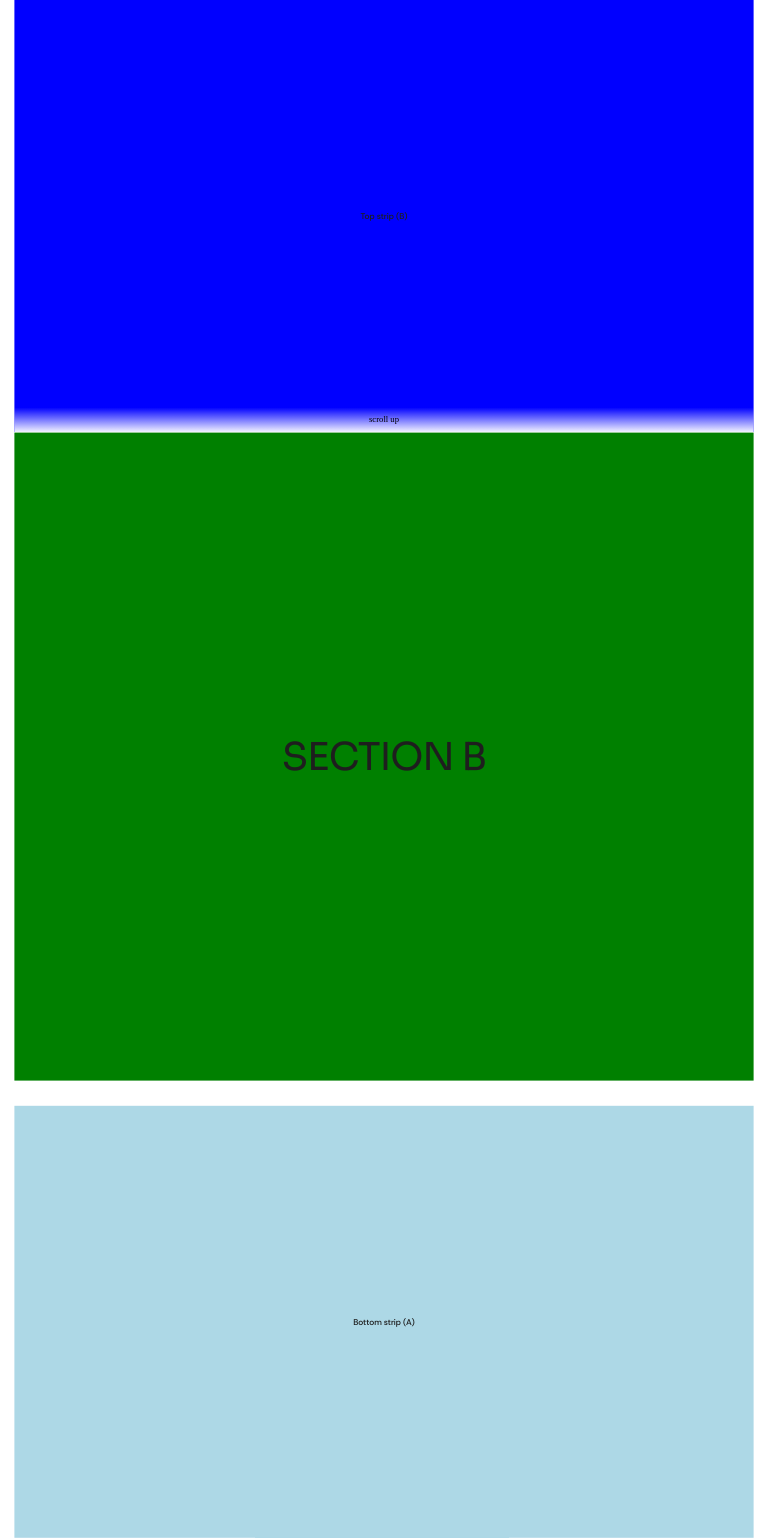
Repository: BwesewB/Offcut
Page: /
These files come from the project's save history. The page is drawn as it stood at one moment and after the next save; the edit follows.
The browser window is 1280 px wide. The pictures show the whole page, at 60% of full size.
The project was rebuilt for these pictures with package versions that can differ from the ones it lists, and the page was loaded fresh each time. The framework's server and built-in components were replaced by stand-ins that run in the browser. Also part of the build but not shown: next.config.mjs, app/styles/page.module.css, app/components/molecules/mediaBlock/MediaBlock.module.css, app/components/molecules/mediaBlock/MediaBlock.jsx, app/components/molecules/twoColumn/TwoColumn.module.css, app/components/molecules/twoColumn/TwoColumn.js, app/components/molecules/gridLayout/GridLayout.module.css, app/components/molecules/gridLayout/GridLayout.js.

Above is the page before, as saved 2025-09-19 22:12:03.

### app/layout.js
import "./styles/globals.css";

export const metadata = {
  title: "Offcut",
  description: "Computer Generated by sebfok",
  icons:"/icons/RocksLogoRound.svg"
};

export default function RootLayout({ children }) {
  return (
    <html lang="en">
      <body suppressHydrationWarning={true}>
        {children}
      </body>
    </html>
  );
}

### app/page.js
import styles from "./styles/page.module.css";
import Image from "next/image";
import rock1 from "/public/images/LandscapeRock1.png"
import rock2vert from "/public/images/Rock3-2.png"
import rock2vert2 from "/public/images/Rock3-3.png"
import rock3vert1 from "/public/images/Rock4-3.png"
import rock3vert2 from "/public/images/Rock4-2.png"
import rock3 from "/public/images/LandscapeRock3-1.webp"
import MediaBlock from "./components/molecules/mediaBlock/MediaBlock";
import TwoColumn from "./components/molecules/twoColumn/TwoColumn";
import GridLayout from "./components/molecules/gridLayout/gridLayout";
import ScrollCycle from "./components/atoms/scrollcycle/ScrollCycle";

export default function Home() {
  return (
    <>
    <ScrollCycle
      sectionA={
        <section style={{ minHeight: '150svh', display: 'grid', placeItems: 'center', backgroundColor: 'red' }}>
          <h1>Section A</h1>
        </section>
      }
      sectionB={
        <section style={{ minHeight: '150svh', display: 'grid', placeItems: 'center', backgroundColor: 'green'}}>
          <h1>Section B</h1>
        </section>
      }
      bottomStripA={
        <div style={{ height: '100%', display: 'grid', placeItems: 'center', backgroundColor: 'lightBlue'}}>
          <p>Bottom strip (A)</p>
        </div>
      }
      topStripB={
        <div style={{ height: '100%', display: 'grid', placeItems: 'center', backgroundColor: 'blue'}}>
          <p>Top strip (B)</p>
        </div>
      }
      // prompt="scroll up"
    />

      {/* <main className="pageLayout">
        <div className={styles.heroContainer}>
          <h1 className={styles.title}>Offcut</h1>
          <MediaBlock image={rock1} alt="A stone on a white background" fit="height"/>
        </div>



        <TwoColumn
          left={
            <TwoColumn
              left={
                <div>
                  <p>
                    Offcut is a collection of computer generated stone shapes, created by Sebastien Fok.
                    Each stone is unique and generated using a combination of algorithms and randomization techniques.
                    The stones are designed to be used as decorative elements in various design projects, such as websites,
                    print materials, and digital art. The collection is constantly growing, with new stones being added regularly.
                  </p>
                  <MediaBlock image={rock2vert2} alt="A stone on a white background" fit="height"/>
                </div>

              }

            />
          }
          right={
            <MediaBlock image={rock2vert} alt="A stone on a white background"/>
          }
        />
        <GridLayout columns={5} height="300px">
          <div style={{ gridColumn: '1 / 2' }}><MediaBlock image={rock3vert1} alt="A stone on a white background" fit="height"/></div>
          <div style={{ gridColumn: '2 / 3' }}><MediaBlock image={rock3vert2} alt="A stone on a white background" fit="height"/></div>
          <div style={{ gridColumn: '4 / 6' }}><MediaBlock image={rock3} alt="A stone on a white background" fit="height"/></div>
        </GridLayout>
      </main> */}
    </>
  );
}

### app/styles/globals.css
:root {
  --black: #1e1e1e;

  --font-primary: 'Sora', sans-serif;
  --font-secondary: 'Rethink Sans', sans-serif;
  --sidePadding: 24px;
  --gap: 12px;
  --layoutSpacing: 48px;
  --containerHeight: clamp(30vw, 40vw, 50vw);
}

html,
body {
  padding: 0;
  margin: 0;
  max-width: 1920px;
}

body {
  padding-left: var(--sidePadding);
  padding-right: var(--sidePadding);
}

@font-face {
  font-family: 'Sora';
  src: url('/fonts/Sora-Regular.ttf') format('truetype');
  font-weight: 400;
  font-style: normal;
}

@font-face {
  font-family: 'Sora';
  src: url('/fonts/Sora-Medium.ttf') format('truetype');
  font-weight: 500;
  font-style: normal;
}

@font-face {
  font-family: 'Sora';
  src: url('/fonts/Sora-Bold.ttf') format('truetype');
  font-weight: 700;
  font-style: normal;
}

@font-face {
  font-family: 'Rethink Sans';
  src: url('/fonts/RethinkSans-Regular.ttf') format('truetype');
  font-weight: 400;
  font-style: normal;
}

@font-face {
  font-family: 'Rethink Sans';
  src: url('/fonts/RethinkSans-Medium.ttf') format('truetype');
  font-weight: 500;
  font-style: normal;
}

@font-face {
  font-family: 'Rethink Sans';
  src: url('/fonts/RethinkSans-Bold.ttf') format('truetype');
  font-weight: 700;
  font-style: normal;
}

h1, h2, h3, h4, h5, h6 {
  font-family: var(--font-primary);
  color: var(--black);
  font-weight: 400;
}

p {
  font-family: var(--font-secondary);
  font-weight: 500;
  color: var(--black);
  line-height: 1.2;
}

h1 {
  font-size: clamp(3rem, 5vw, 4rem);
  font-weight: 400;
  letter-spacing: clamp(-2px, -0.3vw, -1px);
  text-transform: uppercase;
}

p {
  font-size: 0.875rem;
}

* {
  box-sizing: border-box;
  padding: 0;
  margin: 0;
}

a {
  color: inherit;
  text-decoration: none;
}

.pageLayout {
  display: flex;
  flex-direction: column;
  gap: var(--layoutSpacing);
}

@media (prefers-color-scheme: dark) {

}

### app/components/atoms/scrollcycle/ScrollCycle.jsx
'use client';
import { useEffect, useRef, useState } from 'react';

/**
 * ScrollCycle (JS version)
 * - Initial: TB hidden, MS=A, BB=A. Only bottom sentinel armed.
 * - Bottom hit: MS→B, show TB=B, keep BB=A, pin bottom, arm top.
 * - Top hit: MS→A, keep TB=B, pin top, then after user scrolls down ≥100svh remove TB.
 */
export default function ScrollCycle({
  sectionA,
  sectionB,
  bottomStripA,
  topStripB,
  prompt = 'scroll up',
}) {
  const [main, setMain] = useState('A');      // 'A' | 'B'
  const [showTB, setShowTB] = useState(false);

  const topRef = useRef(null);     // sentinel below TB (when TB exists)
  const bottomRef = useRef(null);  // sentinel above BB

  const lockRef = useRef(false);       // prevents double-fires
  const armedTopRef = useRef(false);   // arm top only after bottom first fires
  const gateActiveRef = useRef(false); // gate active only after returning to A with TB visible

  const pinTo = (edge) => {
    requestAnimationFrame(() => {
      requestAnimationFrame(() => {
        if (edge === 'bottom') {
          const h =
            document.documentElement.scrollHeight || document.body.scrollHeight;
          window.scrollTo({ top: h, behavior: 'auto' });
        } else {
          window.scrollTo({ top: 0, behavior: 'auto' });
        }
        setTimeout(() => { lockRef.current = false; }, 200);
      });
    });
  };

  const activateGate = () => {
    if (gateActiveRef.current) return;
    gateActiveRef.current = true;

    const onScroll = () => {
      const vh = window.innerHeight || 0;
      if (window.scrollY >= vh) {
        setShowTB(false); // remove TB; can't go back to B top
        window.removeEventListener('scroll', onScroll, { passive: true });
        gateActiveRef.current = false;
      }
    };

    window.addEventListener('scroll', onScroll, { passive: true });
  };

  // Bottom observer (armed initially)
  useEffect(() => {
    const bottomEl = bottomRef.current;
    if (!bottomEl) return;

    const onHitBottom = (entry) => {
      if (!entry.isIntersecting || lockRef.current) return;
      lockRef.current = true;

      setMain('B');       // MS -> B
      setShowTB(true);    // show TB = B
      armedTopRef.current = true; // arm top observer afterward
    };

    const ioBottom = new IntersectionObserver(
      (entries) => onHitBottom(entries[0]),
      { root: null, threshold: 1 }
    );

    ioBottom.observe(bottomEl);
    return () => ioBottom.disconnect();
  }, []);

  // Top observer (attach only when TB is visible and top is armed)
  useEffect(() => {
    const topEl = topRef.current;
    if (!topEl || !showTB || !armedTopRef.current) return;

    const onHitTop = (entry) => {
      if (!entry.isIntersecting || lockRef.current) return;
      lockRef.current = true;

      setMain('A'); // MS -> A (TB still B for now; removed by gate after scrolling down)
    };

    const ioTop = new IntersectionObserver(
      (entries) => onHitTop(entries[0]),
      { root: null, threshold: 1 }
    );

    ioTop.observe(topEl);
    return () => ioTop.disconnect();
  }, [showTB]);

  // Pin after swaps + start/stop gate
  useEffect(() => {
    if (main === 'B') {
      pinTo('bottom');
    } else {
      pinTo('top');
      if (showTB) activateGate();
    }
    // eslint-disable-next-line react-hooks/exhaustive-deps
  }, [main]);

  return (
    <main style={styles.page}>
      {/* Top Buffer — hidden initially; appears with B */}
      {showTB && (
        <section style={styles.topBuffer}>
          {topStripB}
        </section>
      )}

      {/* Top sentinel (just below TB if present) */}
      <div ref={topRef} style={styles.sentinel} />

      {/* Main Stage */}
      <section style={styles.mainStage}>
        {main === 'A' ? sectionA : sectionB}
      </section>

      {/* Sticky prompt */}
      <div aria-live="polite" style={styles.prompt}>
        {prompt}
      </div>

      {/* Bottom sentinel (just above BB) */}
      <div ref={bottomRef} style={styles.sentinel} />

      {/* Bottom Buffer — always present, shows A */}
      <section style={styles.bottomBuffer}>
        {bottomStripA}
      </section>
    </main>
  );
}

const styles = {
  page: {
    minHeight: '100svh',
    display: 'flex',
    flexDirection: 'column',
  },
  topBuffer: {
    height: '100svh',
  },
  bottomBuffer: {
    height: '100svh',
  },
  mainStage: {
    // your content defines its own height
  },
  prompt: {
    position: 'sticky',
    bottom: 0,
    textAlign: 'center',
    padding: '0.75rem 1rem',
    background:
      'linear-gradient(to top, rgba(255,255,255,0.95), rgba(255,255,255,0))',
    fontSize: '0.9rem',
    userSelect: 'none',
  },
  sentinel: { height: 1 },
};

After the next save:
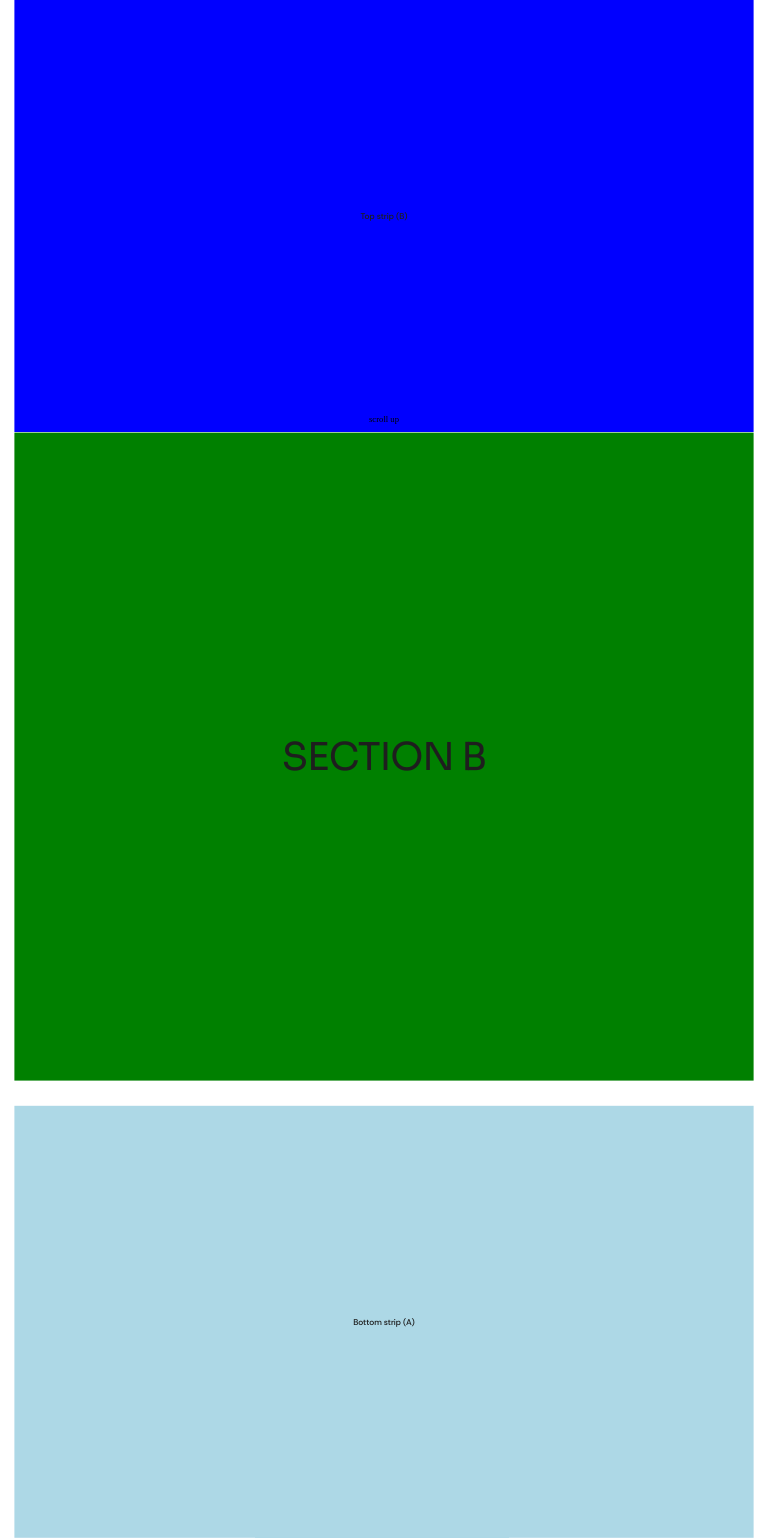
Saved 39 s later.
--- a/app/components/atoms/scrollcycle/ScrollCycle.jsx
+++ b/app/components/atoms/scrollcycle/ScrollCycle.jsx
@@ -163,8 +163,8 @@
     bottom: 0,
     textAlign: 'center',
     padding: '0.75rem 1rem',
-    background:
-      'linear-gradient(to top, rgba(255,255,255,0.95), rgba(255,255,255,0))',
+    // background:
+    //   'linear-gradient(to top, rgba(255,255,255,0.95), rgba(255,255,255,0))',
     fontSize: '0.9rem',
     userSelect: 'none',
   },

After the save that followed:
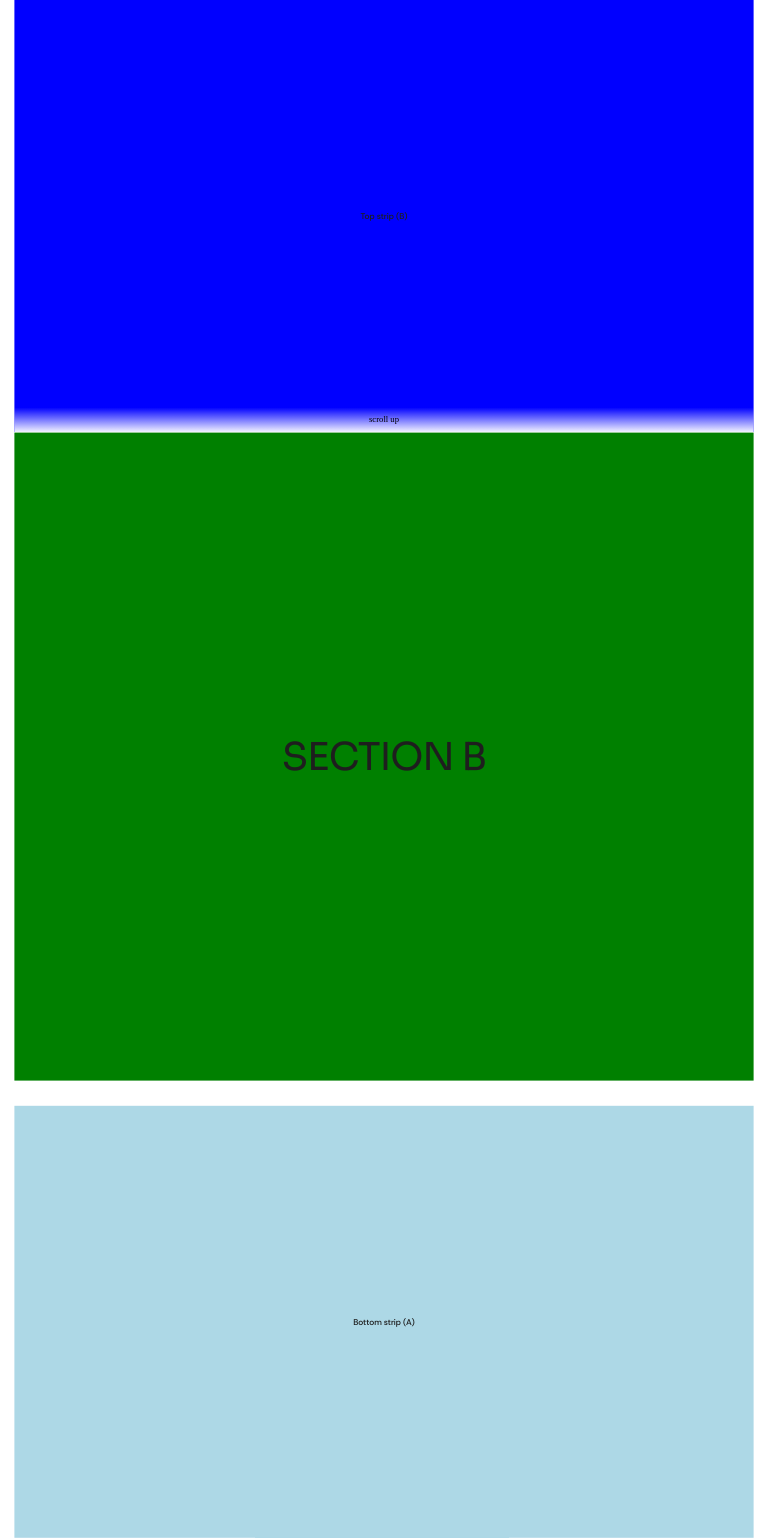
Saved 116 s later.
--- a/app/components/atoms/scrollcycle/ScrollCycle.jsx
+++ b/app/components/atoms/scrollcycle/ScrollCycle.jsx
@@ -1,12 +1,6 @@
 'use client';
 import { useEffect, useRef, useState } from 'react';
 
-/**
- * ScrollCycle (JS version)
- * - Initial: TB hidden, MS=A, BB=A. Only bottom sentinel armed.
- * - Bottom hit: MS→B, show TB=B, keep BB=A, pin bottom, arm top.
- * - Top hit: MS→A, keep TB=B, pin top, then after user scrolls down ≥100svh remove TB.
- */
 export default function ScrollCycle({
   sectionA,
   sectionB,
@@ -17,19 +11,19 @@
   const [main, setMain] = useState('A');      // 'A' | 'B'
   const [showTB, setShowTB] = useState(false);
 
-  const topRef = useRef(null);     // sentinel below TB (when TB exists)
-  const bottomRef = useRef(null);  // sentinel above BB
+  const topRef = useRef(null);        // sentinel just below TB (when TB exists)
+  const bottomRef = useRef(null);     // sentinel just above BB
+  const topBufferRef = useRef(null);  // the actual Top Buffer section
 
-  const lockRef = useRef(false);       // prevents double-fires
-  const armedTopRef = useRef(false);   // arm top only after bottom first fires
-  const gateActiveRef = useRef(false); // gate active only after returning to A with TB visible
+  const lockRef = useRef(false);        // prevents double-fires
+  const armedTopRef = useRef(false);    // arm top only after bottom first fires
+  const gateActiveRef = useRef(false);  // gate active only after returning to A with TB visible
 
   const pinTo = (edge) => {
     requestAnimationFrame(() => {
       requestAnimationFrame(() => {
         if (edge === 'bottom') {
-          const h =
-            document.documentElement.scrollHeight || document.body.scrollHeight;
+          const h = document.documentElement.scrollHeight || document.body.scrollHeight;
           window.scrollTo({ top: h, behavior: 'auto' });
         } else {
           window.scrollTo({ top: 0, behavior: 'auto' });
@@ -39,15 +33,19 @@
     });
   };
 
+  // Gate: after we return to A with TB shown, hide TB once its bottom crosses viewport top
   const activateGate = () => {
     if (gateActiveRef.current) return;
     gateActiveRef.current = true;
 
     const onScroll = () => {
-      const vh = window.innerHeight || 0;
-      if (window.scrollY >= vh) {
-        setShowTB(false); // remove TB; can't go back to B top
-        window.removeEventListener('scroll', onScroll, { passive: true });
+      const el = topBufferRef.current;
+      if (!el) return; // safety
+      const rect = el.getBoundingClientRect();
+      // When the bottom edge of TB is at or above the viewport top, we've scrolled past TB height.
+      if (rect.bottom <= 0) {
+        setShowTB(false); // remove TB; cannot go back to B top strip
+        window.removeEventListener('scroll', onScroll);
         gateActiveRef.current = false;
       }
     };
@@ -64,9 +62,10 @@
       if (!entry.isIntersecting || lockRef.current) return;
       lockRef.current = true;
 
-      setMain('B');       // MS -> B
-      setShowTB(true);    // show TB = B
-      armedTopRef.current = true; // arm top observer afterward
+      // Reached true bottom: switch to B, show TB=B, arm top, pin bottom
+      setMain('B');
+      setShowTB(true);
+      armedTopRef.current = true;
     };
 
     const ioBottom = new IntersectionObserver(
@@ -87,7 +86,9 @@
       if (!entry.isIntersecting || lockRef.current) return;
       lockRef.current = true;
 
-      setMain('A'); // MS -> A (TB still B for now; removed by gate after scrolling down)
+      // Reached true top (with TB visible): switch Main back to A
+      setMain('A');
+      // Gate will be activated after pin-to-top in the next effect
     };
 
     const ioTop = new IntersectionObserver(
@@ -105,6 +106,7 @@
       pinTo('bottom');
     } else {
       pinTo('top');
+      // If we are in A and TB is visible, start the gate that hides TB after scrolling past it
       if (showTB) activateGate();
     }
     // eslint-disable-next-line react-hooks/exhaustive-deps
@@ -114,12 +116,12 @@
     <main style={styles.page}>
       {/* Top Buffer — hidden initially; appears with B */}
       {showTB && (
-        <section style={styles.topBuffer}>
+        <section ref={topBufferRef} style={styles.topBuffer}>
           {topStripB}
         </section>
       )}
 
-      {/* Top sentinel (just below TB if present) */}
+      {/* Top sentinel (just below TB if present, otherwise at very top) */}
       <div ref={topRef} style={styles.sentinel} />
 
       {/* Main Stage */}
@@ -163,8 +165,8 @@
     bottom: 0,
     textAlign: 'center',
     padding: '0.75rem 1rem',
-    // background:
-    //   'linear-gradient(to top, rgba(255,255,255,0.95), rgba(255,255,255,0))',
+    background:
+      'linear-gradient(to top, rgba(255,255,255,0.95), rgba(255,255,255,0))',
     fontSize: '0.9rem',
     userSelect: 'none',
   },
